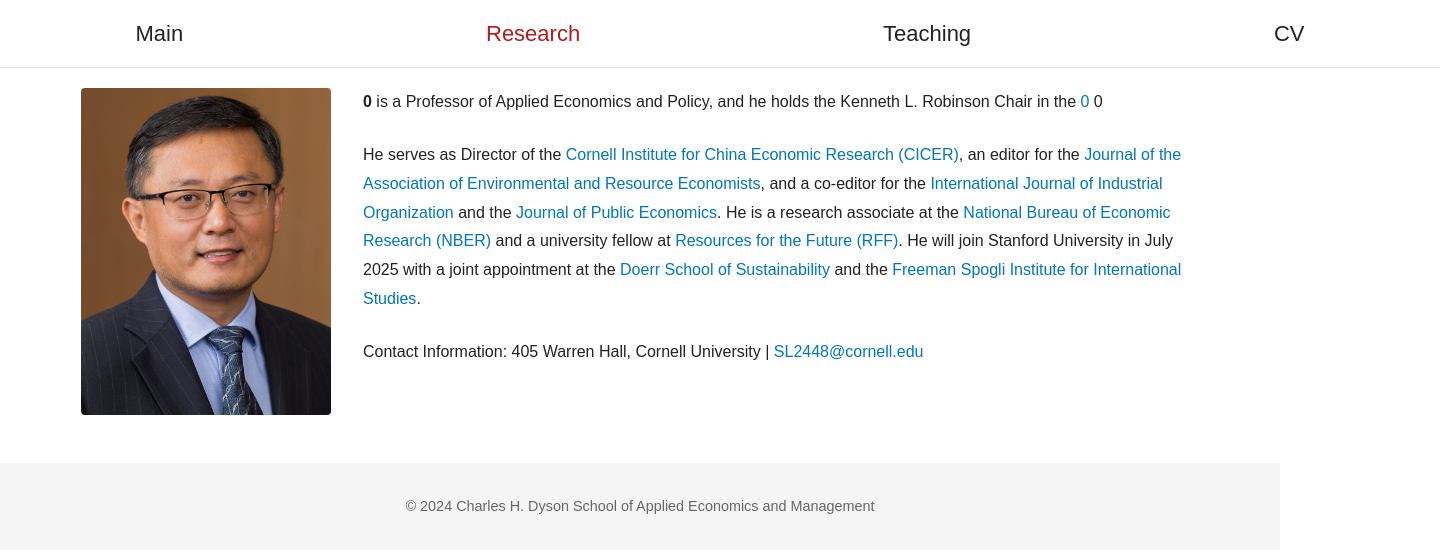
Repository: huang-heavenly-Emperor/k1_project
Page: research.html
An editor plug-in stored every save of this project. The page is shown before and after a run of saves, followed by the edit.
The browser window is 1280 px wide. The page is 1440 px wide, so the pictures cover 1440 px, including what lies to the right of the window. The pictures show the whole page.

Above is the page before, as saved 2024-11-17 15:10:37.

After the next 2 saves:
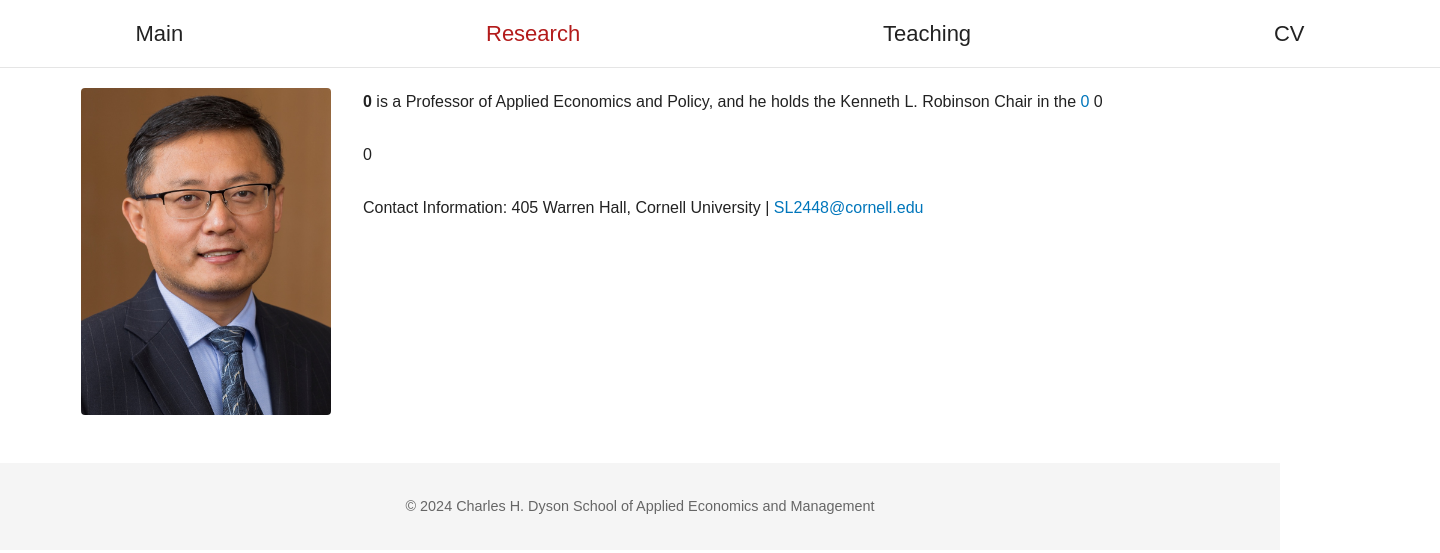
The 2 saves are shown as one change because they came seconds apart.
The last was saved 24 s later.
--- a/research.html
+++ b/research.html
@@ -35,7 +35,7 @@
 
                 <section class="current-positions">
                     <!-- <p>He serves as Director of the <a href="#">Cornell Institute for China Economic Research (CICER)</a>, an editor for the <a href="#">Journal of the Association of Environmental and Resource Economists</a>, and a co-editor for the <a href="#">International Journal of Industrial Organization</a> and the <a href="#">Journal of Public Economics</a>. He is a research associate at the <a href="#">National Bureau of Economic Research (NBER)</a> and a university fellow at <a href="#">Resources for the Future (RFF)</a>. He will join Stanford University in July 2025 with a joint appointment at the <a href="#">Doerr School of Sustainability</a> and the <a href="#">Freeman Spogli Institute for International Studies</a>.</p> -->
-                    <p>He serves as Director of the <a href="#">Cornell Institute for China Economic Research (CICER)</a>, an editor for the <a href="#">Journal of the Association of Environmental and Resource Economists</a>, and a co-editor for the <a href="#">International Journal of Industrial Organization</a> and the <a href="#">Journal of Public Economics</a>. He is a research associate at the <a href="#">National Bureau of Economic Research (NBER)</a> and a university fellow at <a href="#">Resources for the Future (RFF)</a>. He will join Stanford University in July 2025 with a joint appointment at the <a href="#">Doerr School of Sustainability</a> and the <a href="#">Freeman Spogli Institute for International Studies</a>.</p>
+                    <p>0</p>
                 </section>
 
                 <section class="contact-info">
